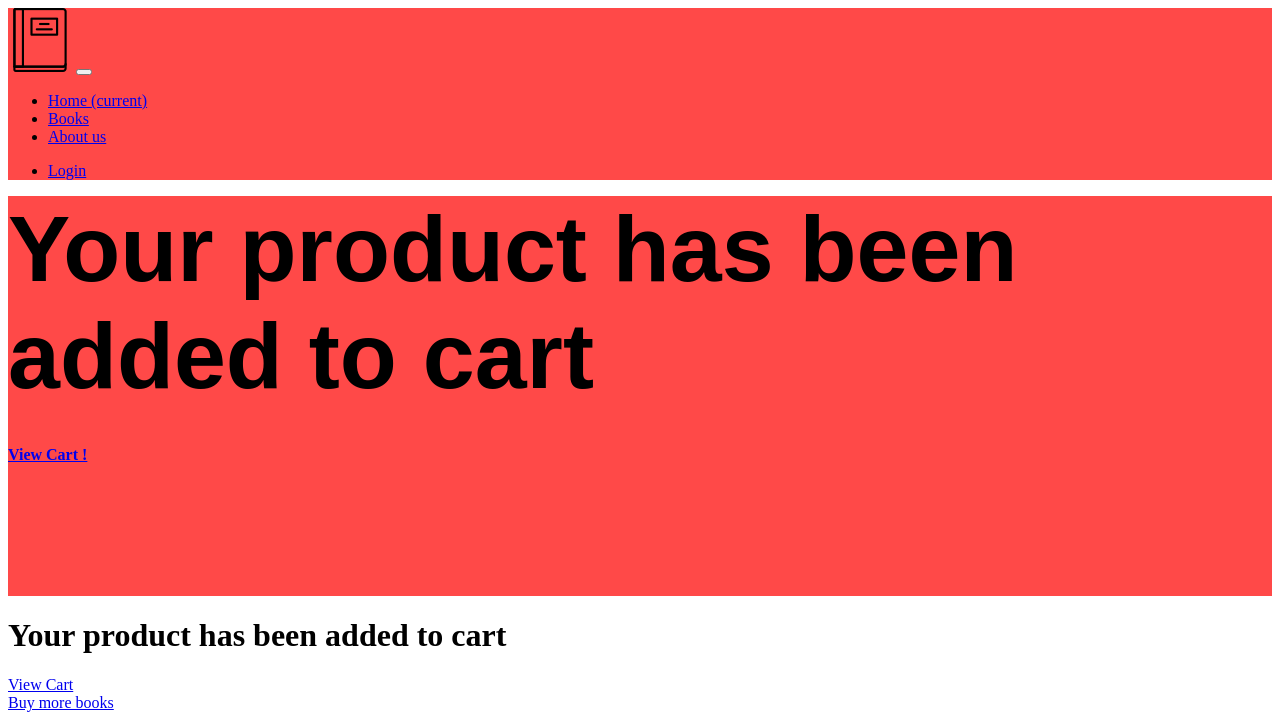
Repository: abhishekgandhi2398/BookStore
Page: http://localhost/BookStore/addedtocart.jsp
The author's editor kept a copy of each file at every save. The page is drawn from the files as they stood at one save, then again after the next save.
The browser window is 1280 px wide. The pictures show the whole page.
The page is served by Tomcat 9.

Above is the page before, as saved 2019-12-06 12:57:37.

After the next save:
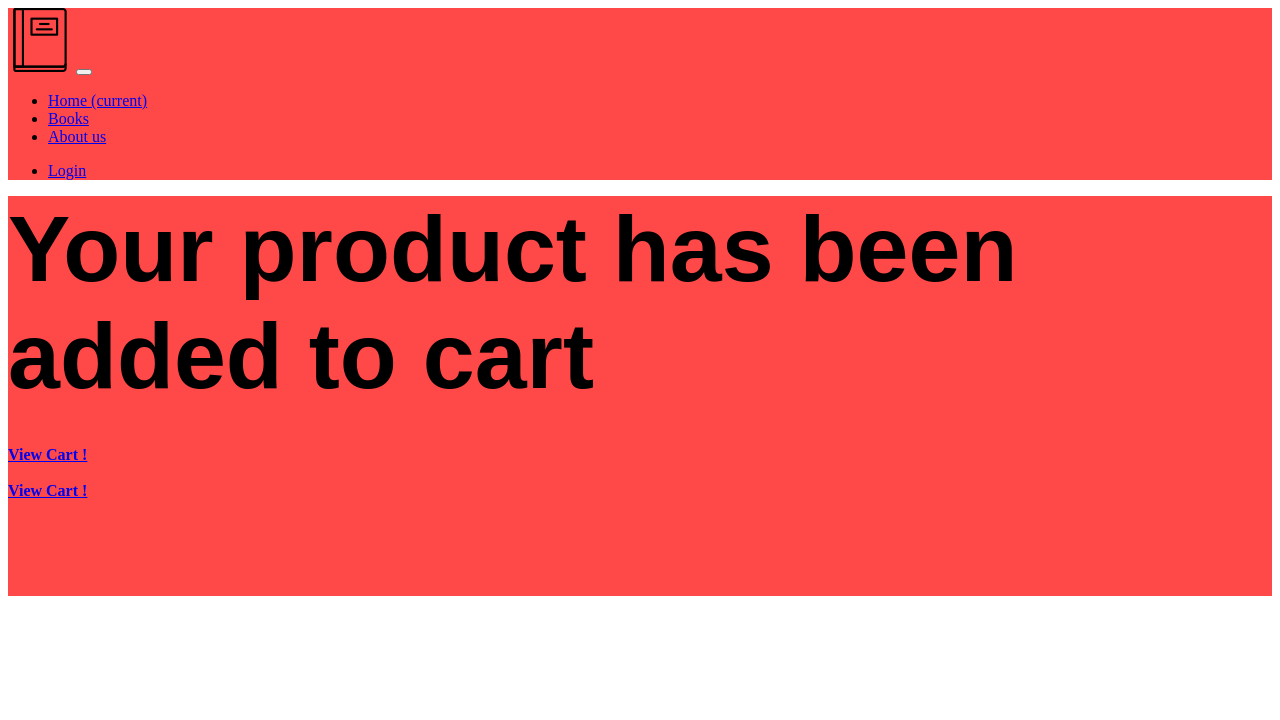
Saved 22 s later.
--- a/ProjectJava/BookStore/WebContent/addedtocart.jsp
+++ b/ProjectJava/BookStore/WebContent/addedtocart.jsp
@@ -78,17 +78,10 @@ else
 		<a href="vc.jsp" class="btn btn-dark" style="height: 80x; width: 350px;"><b>View Cart !</b></a>
 		<br>
 		<br>
-		<br>
+		<a href="User_Products.jsp" class="btn btn-dark" style="height: 80x; width: 350px;"><b>View Cart !</b></a>
 
 </div>
 
-<h1>Your product has been added to cart</h1>
-
-<a href="vc.jsp">View Cart</a>
-<br>
-<a href="User_Products.jsp">Buy more books</a>
-
-<br>
 
 </body>
 </html>
